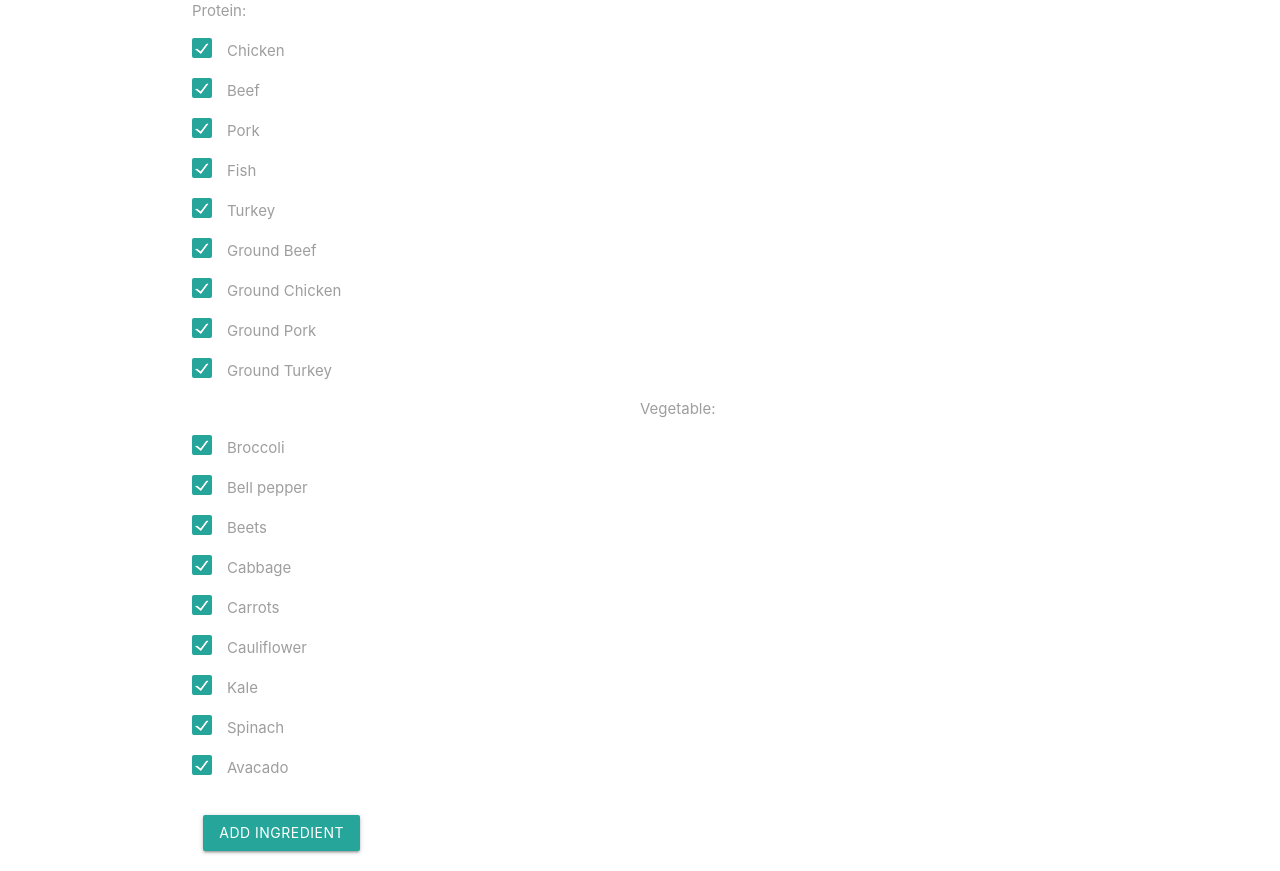
Repository: Aaron-R-Carter/Project1
Page: prototype.html
An editor plug-in stored every save of this project. The page is shown before and after a run of saves, followed by the edit.
The browser window is 1280 px wide. The pictures show the whole page.

Above is the page before, as saved 2019-10-31 23:38:02.
Console error: SyntaxError: Unexpected token '<'

After the next 2 saves:
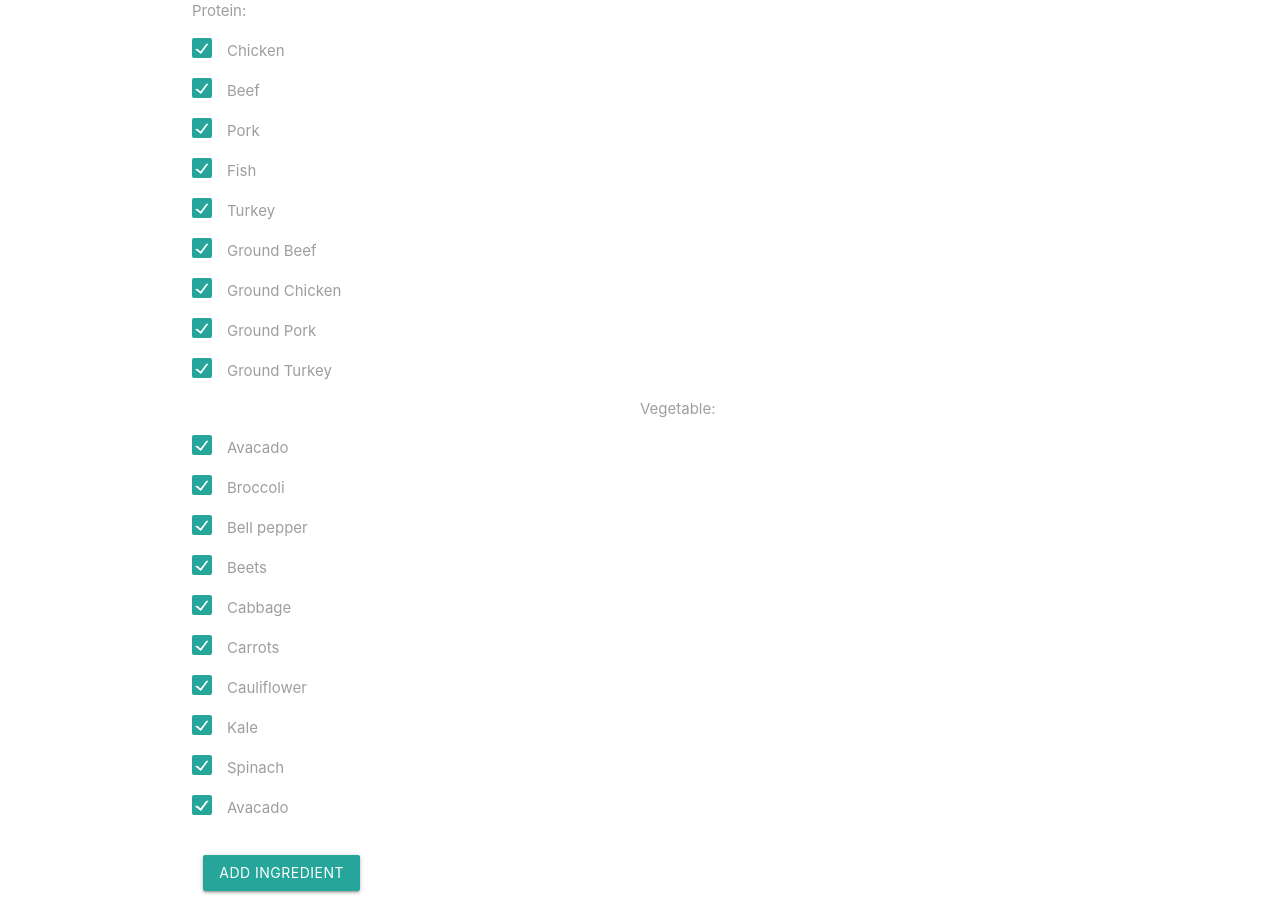
The 2 saves are shown as one change because they came seconds apart.
The last was saved 19 s later.
--- a/prototype.html
+++ b/prototype.html
@@ -80,6 +80,12 @@
                     <form action="#">
                             <label type="text" class="label">Vegetable:</label>
                             <p>
+                                    <label>
+                                        <input type="checkbox" class="filled-in" checked="checked" />
+                                        <span>Avacado</span>
+                                    </label>
+                                </p>
+                            <p>
                                 <label>
                                     <input type="checkbox" class="filled-in" checked="checked" />
                                     <span>Broccoli</span>
